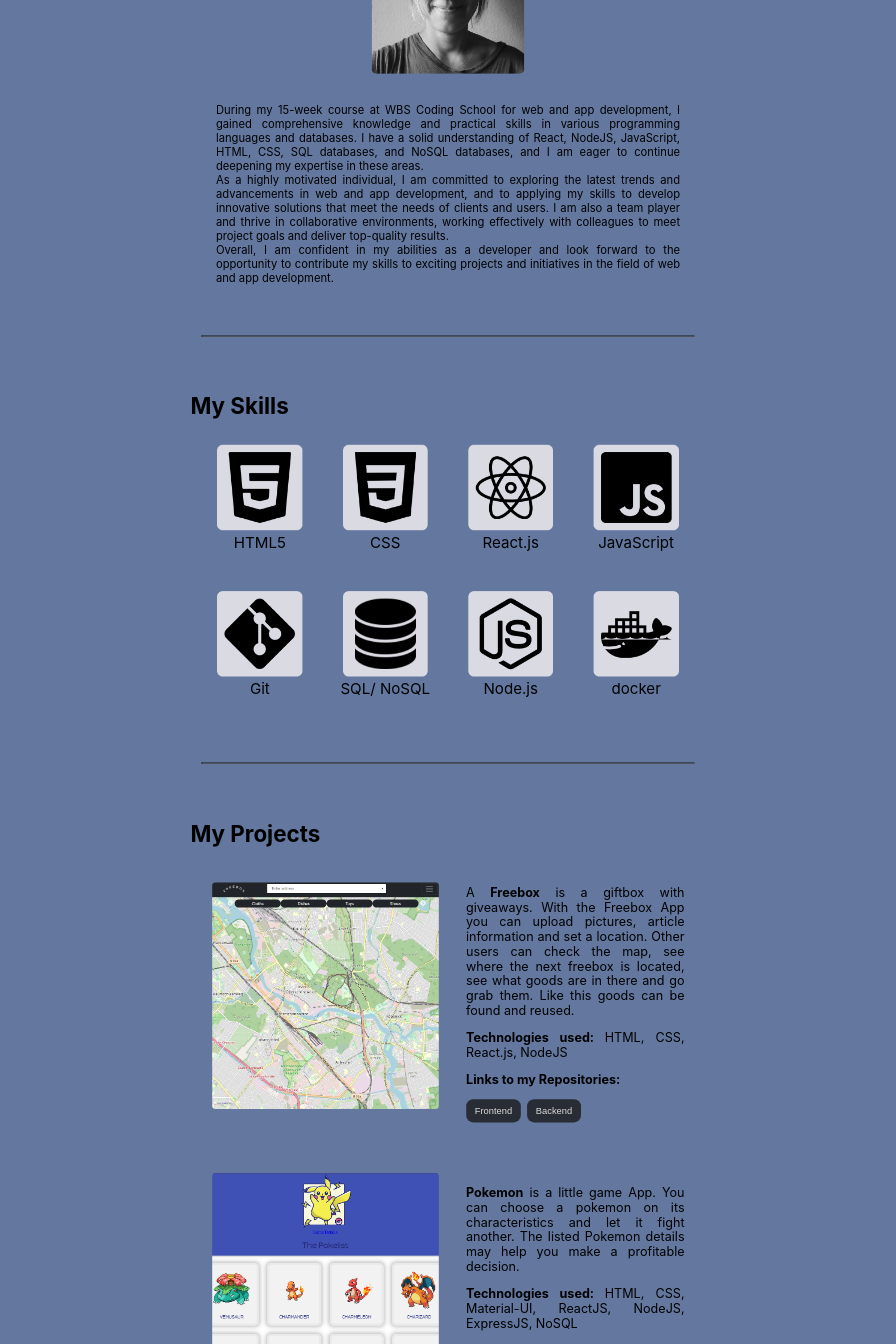
Repository: tiliax/linde-bethge
Page: /
The author's editor kept a copy of each file at every save. The page is drawn from the files as they stood at one save, then again after a run of saves.
The browser window is 1280 px wide. The pictures show the part of the page from y = 889 to 2809 px (the page is 3382 px tall before and 3402 px after), at 70% of full size.
The project was rebuilt for these pictures with package versions that can differ from the ones it lists, and the page was loaded fresh each time.

Above is the page before, as saved 2023-03-13 23:01:01.

After the next 3 saves:
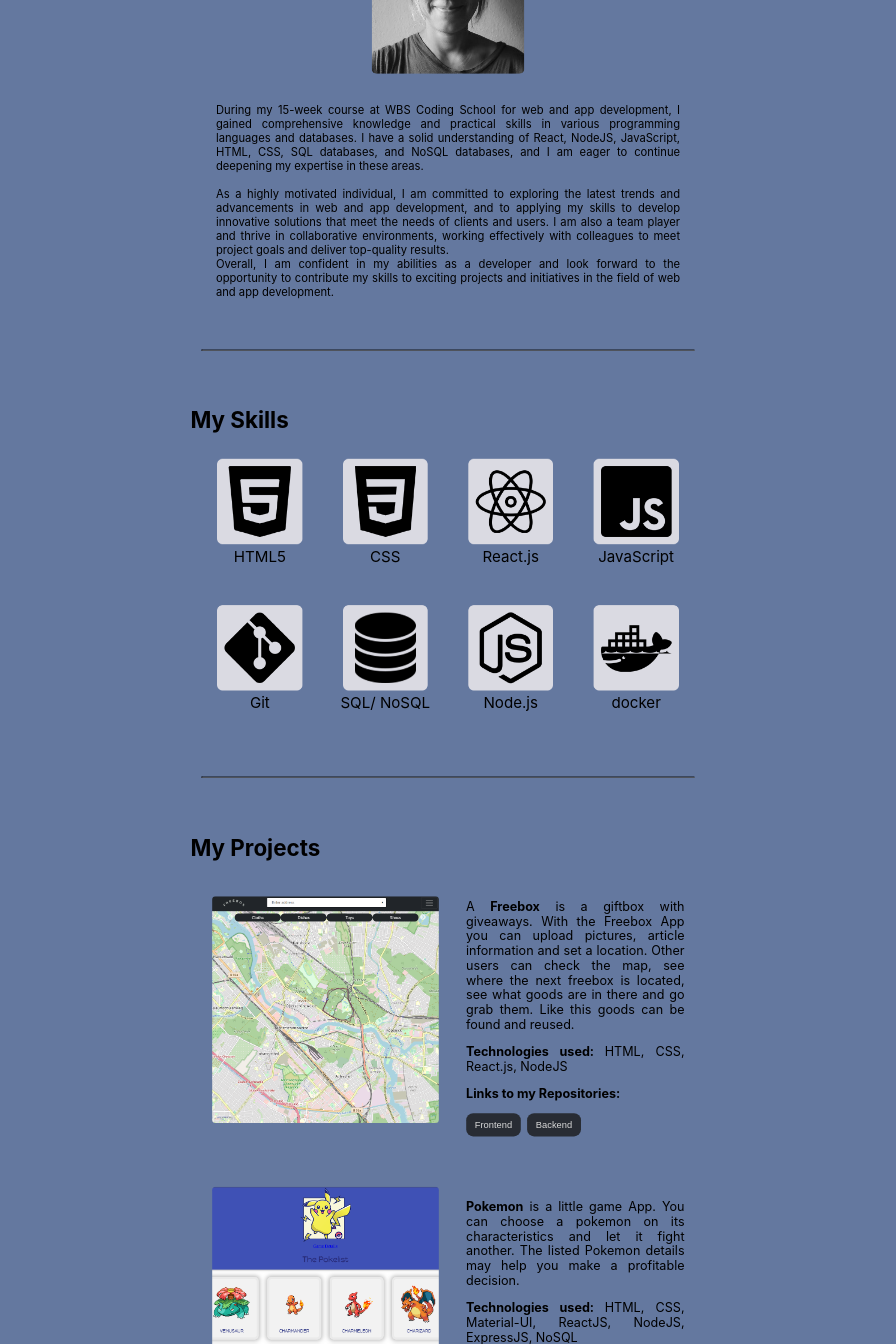
The 3 saves are shown as one change because 1 did not build or start and some came seconds apart.
The last was saved 14 s later.
--- a/src/Components/Main.js
+++ b/src/Components/Main.js
@@ -37,7 +37,7 @@
             <div id='aboutme' className="aboutme">
                 <h1 >About me</h1>
                 <img src={myProfil} alt="myProfil" />
-                <p>During my 15-week course at WBS Coding School for web and app development, I gained comprehensive knowledge and practical skills in various programming languages and databases. I have a solid understanding of React, NodeJS, JavaScript, HTML, CSS, SQL databases, and NoSQL databases, and I am eager to continue deepening my expertise in these areas.<br/>
+                <p>During my 15-week course at WBS Coding School for web and app development, I gained comprehensive knowledge and practical skills in various programming languages and databases. I have a solid understanding of React, NodeJS, JavaScript, HTML, CSS, SQL databases, and NoSQL databases, and I am eager to continue deepening my expertise in these areas.<br/> <br/>
                 As a highly motivated individual, I am committed to exploring the latest trends and advancements in web and app development, and to applying my skills to develop innovative solutions that meet the needs of clients and users. I am also a team player and thrive in collaborative environments, working effectively with colleagues to meet project goals and deliver top-quality results.<br/>
                 Overall, I am confident in my abilities as a developer and look forward to the opportunity to contribute my skills to exciting projects and initiatives in the field of web and app development.</p>
             </div>
